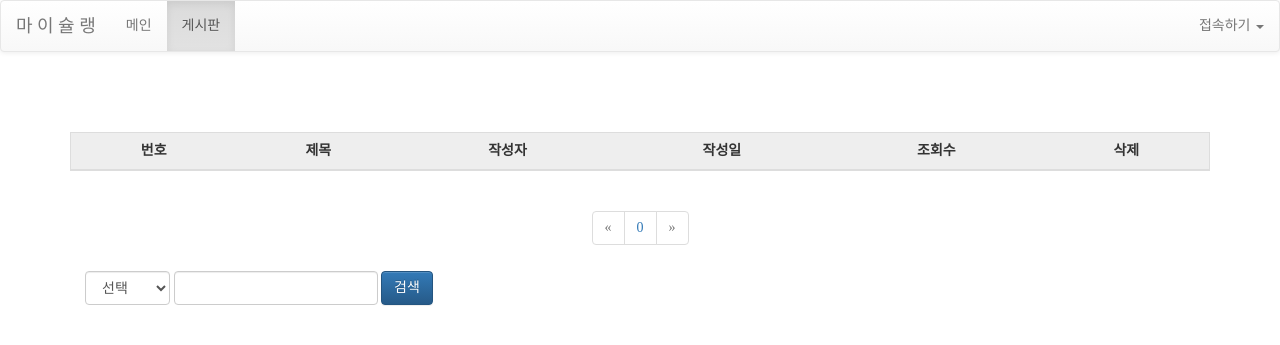
Repository: serendipity63/mychelin
Page: http://localhost/board/WEB-INF/views/boardlist.jsp
An editor plug-in stored every save of this project. The page is shown before and after the next save, followed by the edit.
The browser window is 1280 px wide. The pictures show the whole page.
Some web fonts or font styles are not loaded; a fallback is used. Some web libraries are served in a nearby version. The page is served by Tomcat 9. Nobody is signed in. The template is opened directly, without the code that normally fills it, so the values that code supplies are empty.

Above is the page before, as saved 2024-01-11 08:23:24.

After the next save:
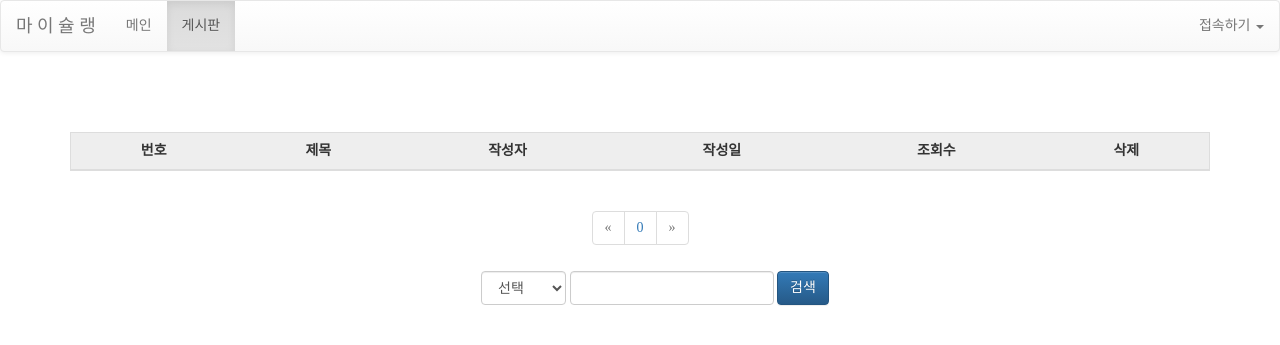
Saved 49 s later.
--- a/board/src/main/webapp/WEB-INF/views/boardlist.jsp
+++ b/board/src/main/webapp/WEB-INF/views/boardlist.jsp
@@ -150,7 +150,7 @@
 			</ul>
 		</nav>
 <div class="container">
-    <form class="form-inline" action="boardsearch" method="post" id="searchform">
+    <form class="form-inline" action="boardsearch" method="post" id="searchform" style="text-align: center;">
         <input type="hidden" name="page" id="page" value="1">
         <div class="form-group">
             <select class="form-control" name="type">
